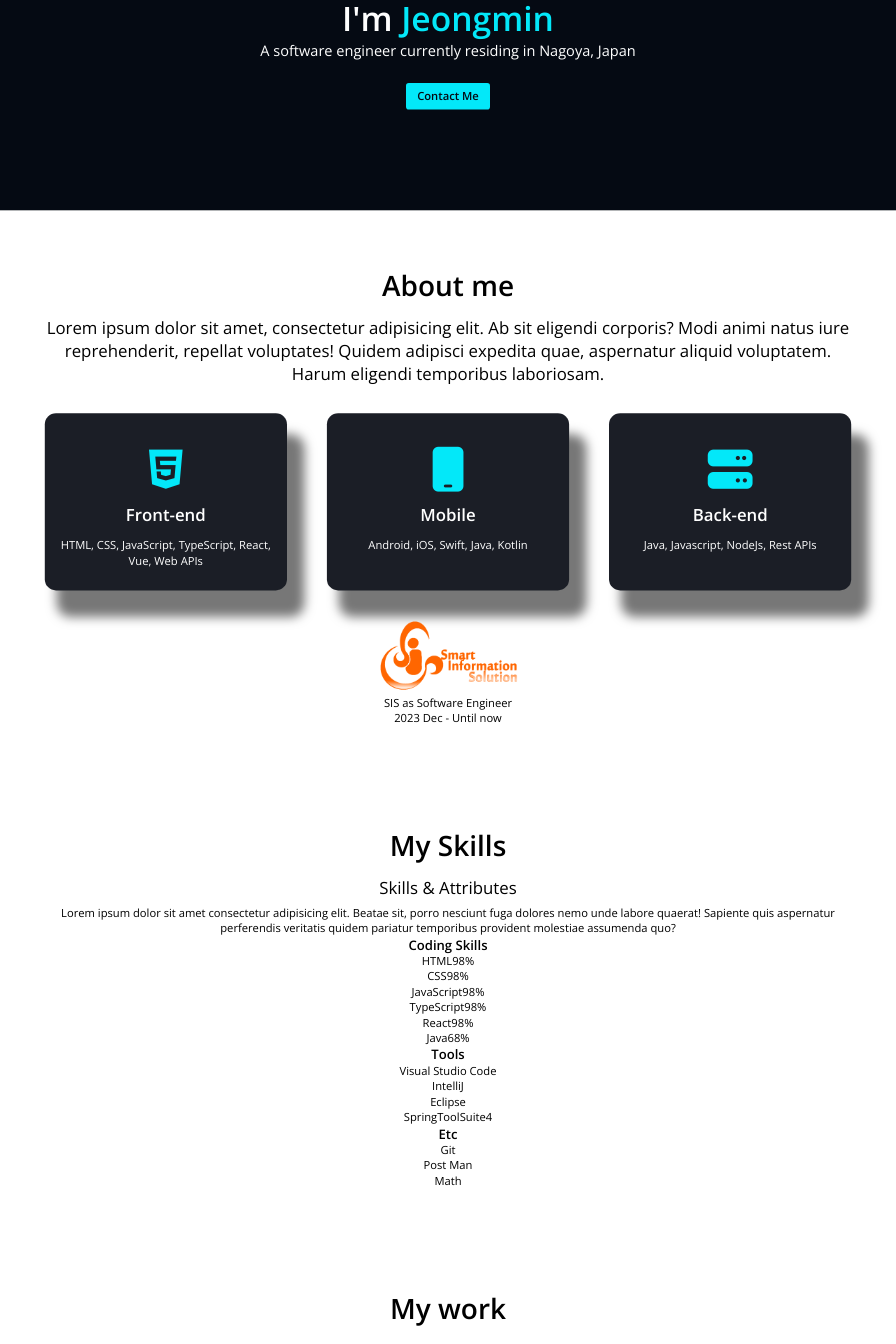
Repository: N1C0N1C0/Portfolio
Page: index.html
The author's editor kept a copy of each file at every save. The page is drawn from the files as they stood at one save, then again after the next save.
The browser window is 1280 px wide. The pictures show the part of the page from y = 438 to 2358 px (the page is 6549 px tall), at 70% of full size.
Some web libraries are served in a nearby version.

Above is the page before, as saved 2023-12-16 19:09:06.

After the next save:
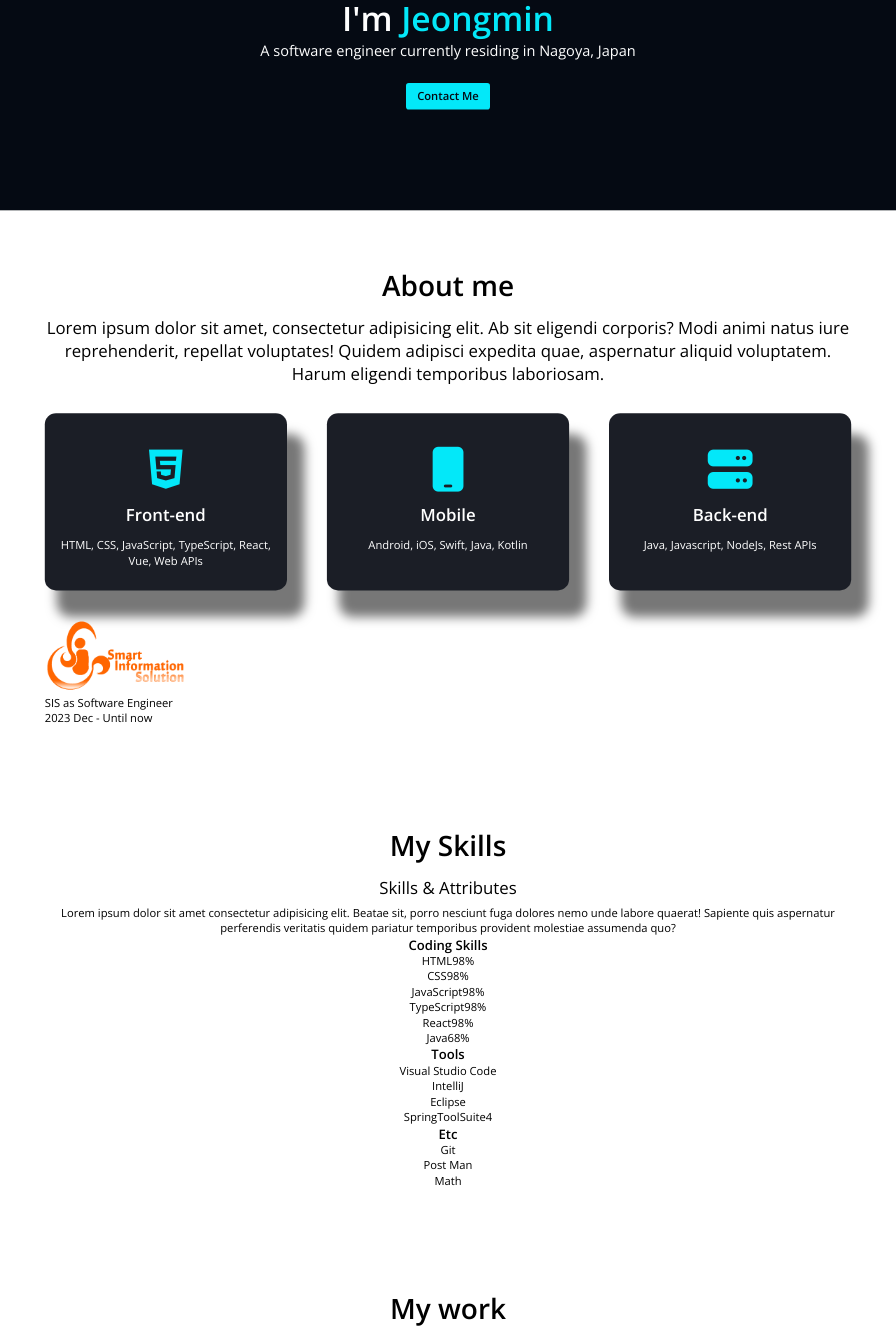
Saved 11 s later.
--- a/css/style.css
+++ b/css/style.css
@@ -190,3 +190,7 @@ button:focus {
 .major:hover .major__icon{
     transform: rotate(-15deg) scale(1.2);
 }
+
+.jobs {
+    text-align: start;
+}
